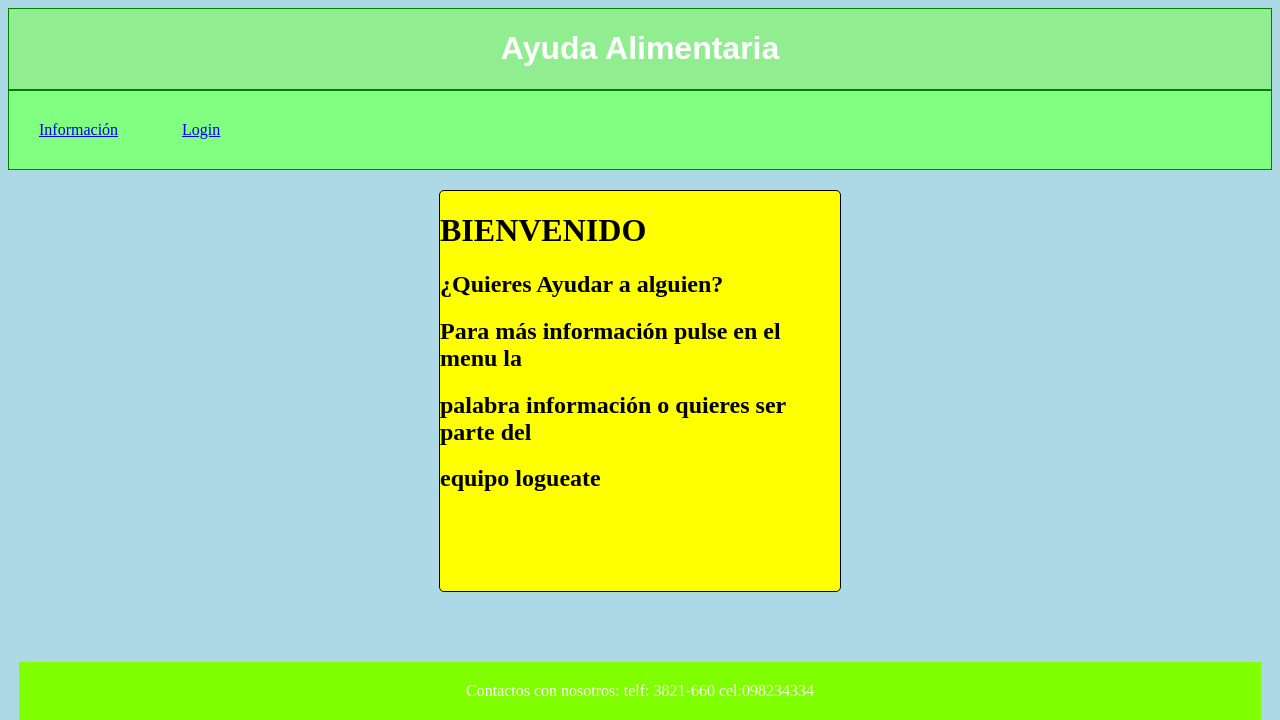
Repository: sonicspeed1/examen1_codigo_bryansantillan
Page: http://localhost/examen_1_bryan_santillan/home.jsp
The author's editor kept a copy of each file at every save. The page is drawn from the files as they stood at one save, then again after the next save.
The browser window is 1280 px wide. The pictures show the whole page.
The page is served by Tomcat 9. Other server files are loaded and not shown.

Above is the page before, as saved 2024-05-29 14:20:52.

### examen_1_bryan_santillan/src/main/webapp/home.jsp
<%@ page language="java" contentType="text/html; charset=UTF-8"
    pageEncoding="UTF-8"%>
<!DOCTYPE html>
<html>
<head>
<meta charset="UTF-8">
<link href="estilos.css" rel="stylesheet"/>
<title>Ayuda Alimentaria</title>
</head>
<body class="cuerpo">
<div class="cuadro">
<h1 class="titulo">Ayuda Alimentaria</h1>
</div>
<nav>
<ul class="menu">
<li class="item"><a href="informacion.jsp">Información</a></li>
<li class="item"><a href="Login.jsp">Login</a></li>
</ul>
</nav>
<div class="container">
<div class="cuadro4">
<h1>BIENVENIDO</h1>
 <h2>
 ¿Quieres Ayudar a alguien?
 </h2>
<h2> Para más información pulse en el menu la</h2>
 <h2> palabra información o quieres ser parte del</h2>
<h2>  equipo logueate</h2>
</div>
</div>
<footer class="footer"> Contactos con nosotros: telf: 3821-660 cel:098234334</footer>
</body>
</html>

### examen_1_bryan_santillan/src/main/webapp/estilos.css
@charset "UTF-8";
.cuerpo{
	background-color: lightblue;
}
.cuadro{
	background-color:lightgreen;
	border: 1px solid green;
	display: block;

}
.cuadro2 {
    background-color: #b4aed0;
    border-radius: 5px;
    border: 1px solid purple;
    height: 400px;
    width: 400px;
}
.cuadro3{
	    background: linear-gradient(to right,red,pink);
	    text-align:center;
	    color: white;
	     border: 1px solid darkred;
}
.titulo{
	color: white;
	transition: color 0.3s, text-shadow 0.3s;
	font-family: 'Comic Sans MS', cursive, sans-serif;
	 text-align: center;
}

.titulo:hover {
    color: blue;
    text-shadow: 2px 2px 5px rgba(0, 0, 0, 0.5);
}
.menu{
	list-style-type: none;
    padding: 0;
    background-color: #80ff80;
    border: 1px solid green;
    margin: 0 auto;
    }
.item {
    display: inline-block;
    position: relative;
    margin: 30px;
    color: #333;
    text-decoration: none;
}
.container {
    display: flex;
    justify-content: center;
    align-items: center;
    margin-top: 20px;
}
.titulo2{
	color: white;
	transition: color 0.3s, text-shadow 0.3s;
	font-family: 'Comic Sans MS', cursive, sans-serif;
	 text-align: center;
}

.titulo2:hover {
    color: red;
    text-shadow: 2px 2px 5px rgba(0, 0, 0, 0.5);
}
.item_login{
	   display: flex;
    justify-content: center;
    align-items: center;
    margin-bottom: 20px;
}
.button{
	background-color: purple;
	border-radius: 5px;
	color: white;
	padding: 10px 20px;
	margin: 15px;
	font-family: 'Comic Sans MS', cursive, sans-serif;
}
.hiper{
	margin-right: 25px;
}

.item_reg{
	   display: flex;
	   margin-bottom:20px;
}
.content {
            padding-bottom: 60px;
            color: blue;
        }

  .footer {
            background-color: rgb(128, 255, 0);
            color: #fff;
            padding: 20px;
            text-align: center;
            width: 97%;
            max-width: 1980px;
            position: fixed;
            bottom: 0;
            left: 50%;
            transform: translateX(-50%);
            box-sizing: border-box;
        }

.cuadro4 {
    background-color: yellow;
    border-radius: 5px;
    border: 1px solid black;
    height: 400px;
    width: 400px;
}

.contr {
            display: flex;
            align-items: center;
            justify-content: space-around;
        }
.text {
            margin-left: 20px;
            margin-right: 20px;
        }

 .item:link {
    color: #333;
}


.item:visited {
    color: #333;
}

.item:hover {
    color: #555;
}


.item:active {
    color: #777;
}

After the next save:
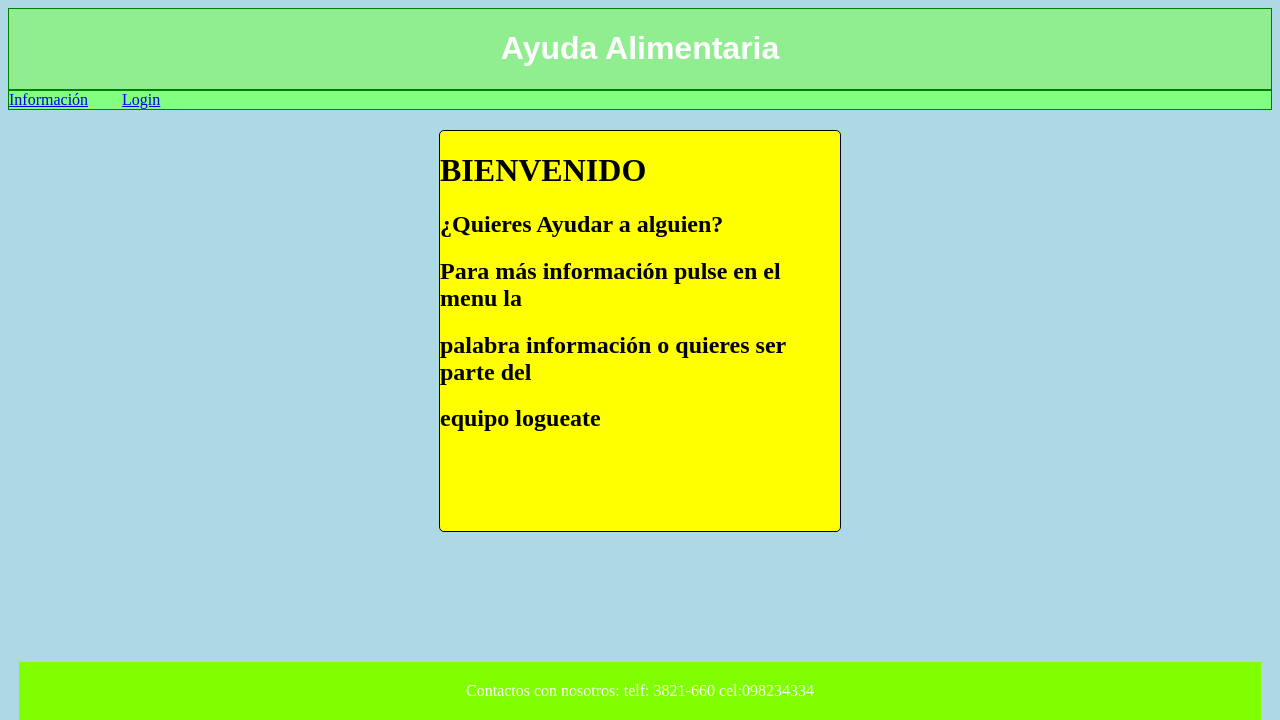
Saved 100 s later.
--- a/examen_1_bryan_santillan/src/main/webapp/estilos.css
+++ b/examen_1_bryan_santillan/src/main/webapp/estilos.css
@@ -42,7 +42,7 @@
 .item {
     display: inline-block;
     position: relative;
-    margin: 30px;
+    margin-right: 30px;
     color: #333;
     text-decoration: none;
 }
@@ -121,21 +121,3 @@
             margin-left: 20px;
             margin-right: 20px;
         }
-
- .item:link {
-    color: #333;
-}
-
-
-.item:visited {
-    color: #333;
-}
-
-.item:hover {
-    color: #555;
-}
-
-
-.item:active {
-    color: #777;
-}
